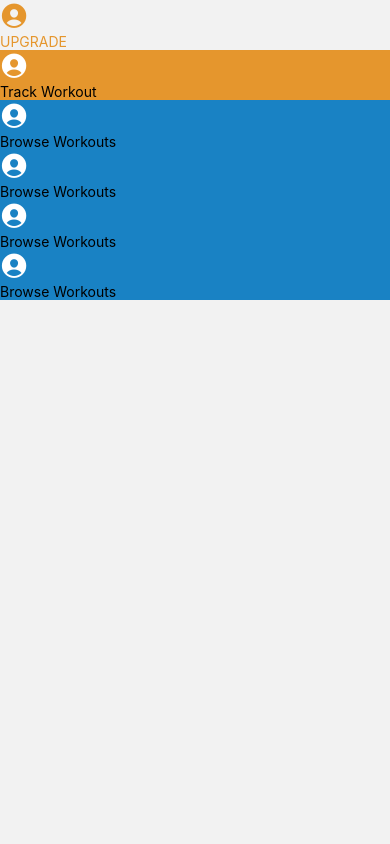
Repository: katjalmarko/React-Native-Fitness-App-with-Subscription
Screen: /
The author's editor kept a copy of each file at every save. The screen is drawn from the files as they stood at one save, then again after the next save.
Pictures or frames that could not be fetched are drawn as grey boxes. The app was drawn by React Native's web renderer in a window 390 px wide. The project was rebuilt for these pictures with package versions that can differ from the ones it lists, and the page was loaded fresh each time.

Above is the screen before, as saved 2023-05-08 17:59:54.

### App.tsx
import { StatusBar } from 'expo-status-bar';
import { SafeAreaView, Text } from 'react-native';
import { NavigationContainer } from '@react-navigation/native';
import { createNativeStackNavigator } from '@react-navigation/native-stack';
import HomeScreen from './screens/HomeScreen';

const Stack = createNativeStackNavigator();

export default function App() {
  return (
    <NavigationContainer>
      <Stack.Navigator>
        <Stack.Screen
        options={{
          headerShown: false
        }}
        name="Home" component={HomeScreen} />
      </Stack.Navigator>
    </NavigationContainer>
  );
}

### screens/HomeScreen.tsx
import { Text, SafeAreaView, Image, TouchableOpacity, ScrollView } from 'react-native'
import { Ionicons } from '@expo/vector-icons';
import ActionRow from '../components/ActionRow';

const HomeScreen = () => {
  return (
    <SafeAreaView className='flex-1 bg-gray-100 relative'>
      {/* Scroll Zatiaľ nefunguje pre Android */}
      <ScrollView>
        {/* PRO/UPGRADE Button */}
        <TouchableOpacity className='absolute z-50 top-5 right-10 items-center'>
          <Ionicons name="person-circle" size={30} color="#E5962D" />
          <Text className='text-center' style={{color:"#E5962D"}}>UPGRADE</Text>
        </TouchableOpacity>

        <Image
          source={{ uri: "https://i.imgur.com/e14NE49.png" }}
          className='w-full h-64'
        />

        {/* ActionRow */}
        <ActionRow
          title="Track Workout"
          screen="Demo"
          color="#E5962D"
          icon="fitness"
          vertical
        />
        <ActionRow
          title="Browse Workouts"
          screen="Demo"
          color="#1982C4"
          icon="library"
          vertical
        />
        <ActionRow
          title="Browse Workouts"
          screen="Demo"
          color="#1982C4"
          icon="library"
          vertical
        />
        <ActionRow
          title="Browse Workouts"
          screen="Demo"
          color="#1982C4"
          icon="library"
          vertical
        />
        <ActionRow
          title="Browse Workouts"
          screen="Demo"
          color="#1982C4"
          icon="library"
          vertical
        />

        {/* ActionRow */}
        {/* ActionRow */}
        {/* ActionRow */}
        {/* ActionRow */}

      </ScrollView>
    </SafeAreaView>
  )
}

export default HomeScreen

### components/ActionRow.tsx
import { TouchableOpacity, Text } from 'react-native'
import { Ionicons } from '@expo/vector-icons';

type Props = {
  title: string;
  screen: any;
  color: string;
  requiresPro?: boolean;
  icon?: any;
  vertical?: boolean;
};

const ActionRow = ({ title, screen, color, requiresPro, icon, vertical }: Props) => {
  return (
    <TouchableOpacity className='' style={{ backgroundColor: color }}>
      <Ionicons name="person-circle" size={30} color="white" />
      <Text>{title}</Text>
    </TouchableOpacity>
  )
}

export default ActionRow

After the next save:
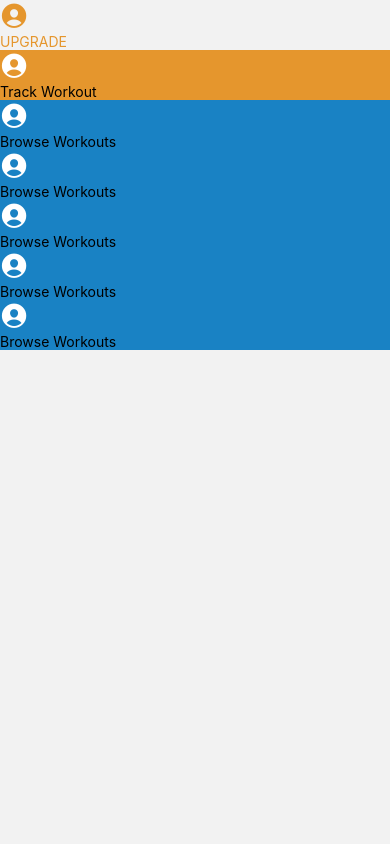
Saved 10 s later.
--- a/screens/HomeScreen.tsx
+++ b/screens/HomeScreen.tsx
@@ -54,6 +54,13 @@ const HomeScreen = () => {
           icon="library"
           vertical
         />
+        <ActionRow
+          title="Browse Workouts"
+          screen="Demo"
+          color="#1982C4"
+          icon="library"
+          vertical
+        />
 
         {/* ActionRow */}
         {/* ActionRow */}
